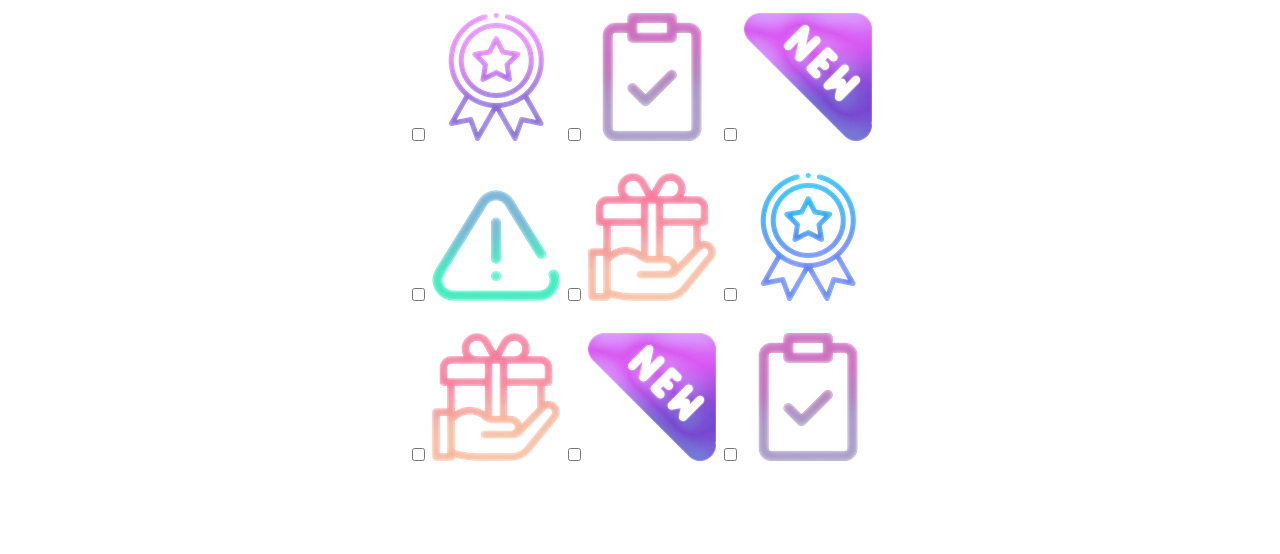
Repository: vichubenzene/-MWin_ui
Page: main.html
These files come from the project's save history. The page is drawn as it stood at one moment and after the next save; the edit follows.
The browser window is 1280 px wide. The pictures show the whole page.

Above is the page before, as saved 2022-10-10 11:33:56.

After the next save:
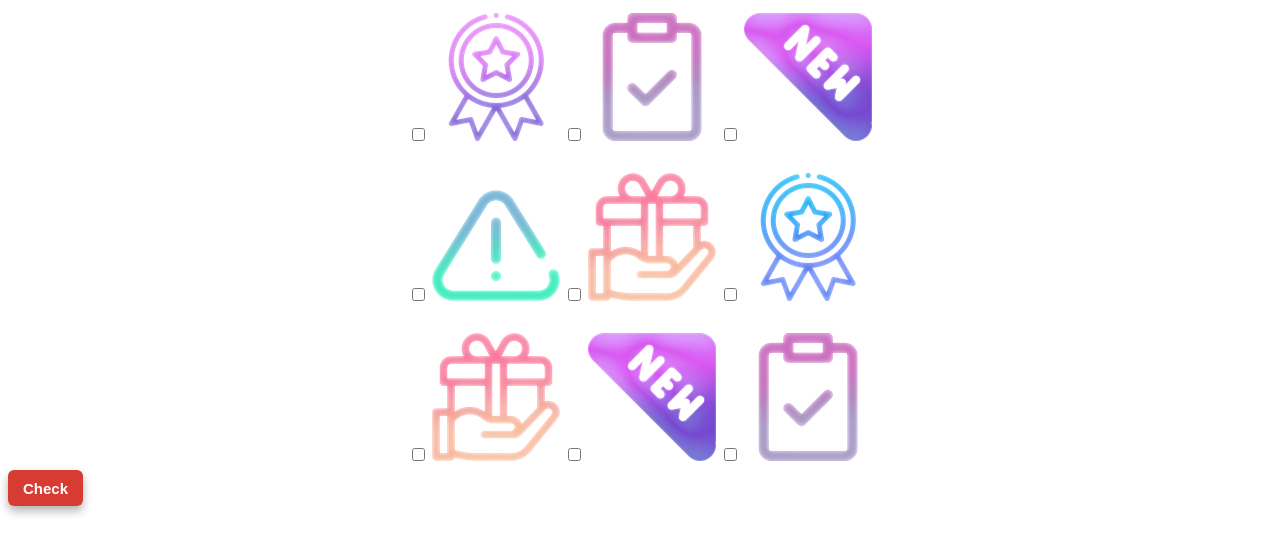
Saved 55 s later.
--- a/main.html
+++ b/main.html
@@ -76,6 +76,7 @@
         </div>
     </div>
     <div>
+        <button class="invite-button">Check</button>
 
     </div>
 
